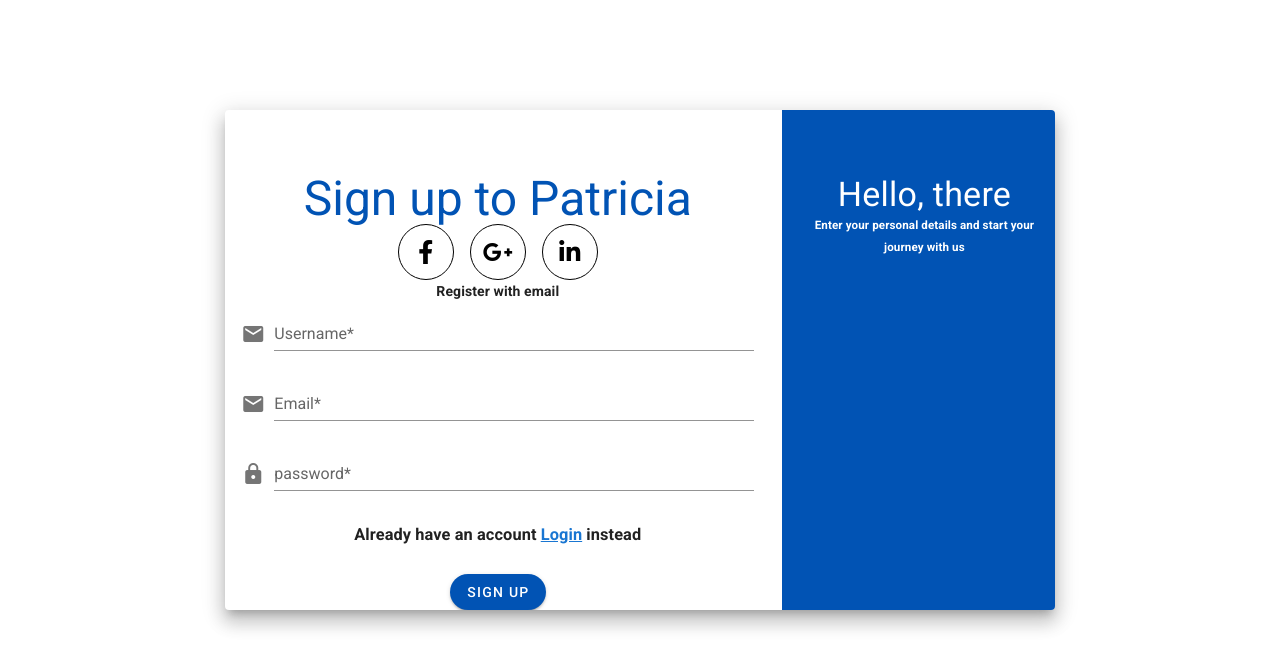
Repository: akinsikuoluwafemi/Pats_userAuth
Page: /signup
The author's editor kept a copy of each file at every save. The page is drawn from the files as they stood at one save, then again after a run of saves.
The browser window is 1280 px wide. The pictures show the whole page.
The project was rebuilt for these pictures with package versions that can differ from the ones it lists, and the page was loaded fresh each time. Also part of the build but not shown: vue.config.js, src/views/Login.vue, src/views/UserInfo.vue.

Above is the page before, as saved 2020-11-05 21:37:31.

### src/main.js
import Vue from 'vue'
import App from './App.vue'
import router from './router'
import vuetify from './plugins/vuetify';
import store from './store';

Vue.config.productionTip = false

new Vue({
  store,
  router,
  vuetify,
  render: h => h(App)
}).$mount('#app')

### src/App.vue
<template>
  <v-app>


    <v-main>
      <router-view></router-view>
    </v-main>
  </v-app>
</template>

<script>

export default {
  name: 'App',

  components: {

},

  data: () => ({
    //
  }),
};
</script>

### src/router/index.js
import Vue from 'vue'
import VueRouter from 'vue-router'
// import Home from '../views/Home.vue'
import Login from '../views/Login.vue'
import Signup from "../views/Signup.vue";
import UserInfo from "../views/UserInfo.vue";


Vue.use(VueRouter)

const routes = [
  {
    path: "/",
    name: "Userinfo",
    component: UserInfo,
    meta: {
      requiresAuth: true,
    },
  },
  {
    path: "/login",
    name: "Login",
    component: Login

  },

  {
    path: "/signup",
    name: "Signup",
    component: Signup,
  },

  {
    path: "/userinfo",
    // name: "Userinfo",
    // component: UserInfo,
  },
  {
    path: "/about",
    name: "About",
    // route level code-splitting
    // this generates a separate chunk (about.[hash].js) for this route
    // which is lazy-loaded when the route is visited.
    component: () =>
      import(/* webpackChunkName: "about" */ "../views/About.vue"),
  },
];

const router = new VueRouter({
  mode: 'history',
  base: process.env.BASE_URL,
  routes
})



export default router

### src/plugins/vuetify.js
import "@fortawesome/fontawesome-free/css/all.css"
import 'material-design-icons-iconfont/dist/material-design-icons.css'
import Vue from 'vue';
import Vuetify from 'vuetify/lib';

Vue.use(Vuetify);

export default new Vuetify({
    icons: {
        iconfont: 'md' || 'fa'
    }
});

### src/store/index.js
import Vuex from 'vuex';
import Vue from 'vue';
import auth from './modules/auth';


// Load Vuex
Vue.use(Vuex);


// create store
export default new Vuex.Store({
    modules: {
        auth
    }
});

### src/views/Signup.vue
<template>
  <v-app>
    <v-content>
      <v-container class="fill-height" fluid>
        <v-row align="center" justify="center">
          <v-col cols="12" sm="8" md="8">
            <v-card class="elevation-12">
              <v-window v-model="stop">
                <v-window-item :value="1">
                  <v-row>
                    <v-col cols="12" md="8">
                      <v-card-text class="mt-12">
                        <h1
                          class="text-center display-2"
                          v-bind:style="{ color: '#0153B4' }"
                        >
                          Sign up to Patricia
                        </h1>
                        <div class="text-center" mt-4>
                          <v-btn class="mx-2" fab color="black" outlined>
                            <v-icon>fab fa-facebook-f</v-icon>
                          </v-btn>
                          <v-btn class="mx-2" fab color="black" outlined>
                            <v-icon>fab fa-google-plus-g</v-icon>
                          </v-btn>
                          <v-btn class="mx-2" fab color="black" outlined>
                            <v-icon>fab fa-linkedin-in</v-icon>
                          </v-btn>
                        </div>
                        <h4 class="text-center mlt-4">Register with email</h4>
                        <v-form>
                          <v-text-field
                            v-model="username"
                            required

                            label="Username*"
                            name="username"
                            prepend-icon="email"
                            type="text"
                            v-bind:style="{ color: '#0153B4' }"
                          />

                          <v-text-field
                          v-model="email"
                            required

                            label="Email*"
                            name="Email"
                            prepend-icon="email"
                            type="text"
                            v-bind:style="{ color: '#0153B4' }"
                          />

                            <v-text-field
                            v-model="password"
                            required
                            id="password"
                            label="password*"
                            name="Password"
                            prepend-icon="lock"
                            type="password"
                            v-bind:style="{ color: '#0153B4' }"
                          />
                        <h3 class="text-center mt-3">
                          Already have an account
                          <router-link to="/login"> Login</router-link> instead
                        </h3>
                        </v-form>

                      </v-card-text>
                      <div class="text-center mt-3">
                        <v-btn
                          rounded
                          v-bind:style="{ background: '#0153B4' }"
                          dark
                        @submit.prevent="handleSignup"
                          >Sign Up</v-btn
                        >
                      </div>
                    </v-col>
                    <v-col
                      cols="12"
                      md="4"
                      class=""
                      v-bind:style="{ background: '#0153B4' }"
                    >
                      <v-card-text class="white--text mt-12">
                        <h1 class="text-center display-1">Hello, there</h1>
                        <h5 class="text-center">
                          Enter your personal details and start your journey
                          with us
                        </h5>
                      </v-card-text>
                      <div class="text-center">
                        <!-- <v-btn
                        rounded
                        dark
                        v-bind:style="{ background: '#fff', color: '#0153B4' }"


                        >
                          SIGN UP
                        </v-btn> -->
                      </div>
                    </v-col>
                  </v-row>
                </v-window-item>

              </v-window>
            </v-card>
          </v-col>
        </v-row>
      </v-container>
    </v-content>
  </v-app>
</template>
<script>
export default {
  data: () => ({
    email: '',
    password: '',
    username: '',
    authPassword: 'password',
    userArr: []
  }),
  props: {
    source: String
  },
  methods: {
       handleSignup: function() {
         let user = {
        email: this.email,
        password: this.password,
        username: this.username
      }

      localStorage.setItem('user', JSON.stringify(user))
      this.addUser(user)
      localStorage.setItem('allUsers', JSON.stringify(this.userArr))

      alert('you have successfully Signed in')
      this.$router.push('/')
      window.location.reload(true)

      this.email = "",
      this.password = "",
      this.username = ""
      alert(JSON.stringify(this.userArr))


    },
    addUser: function(entry){
      return this.userArr.push(entry)
    }
  }
}
</script>

### src/store/modules/auth.js
const state = {
    users: []
}

const getters = {
    allUsers: (state) => state.users
}

const actions = {}

const mutations = {}


export default {
  state,
  getters,
  actions,
  mutations,
};

Loaded but not shown: public/index.html (common file)

After the next 2 saves:
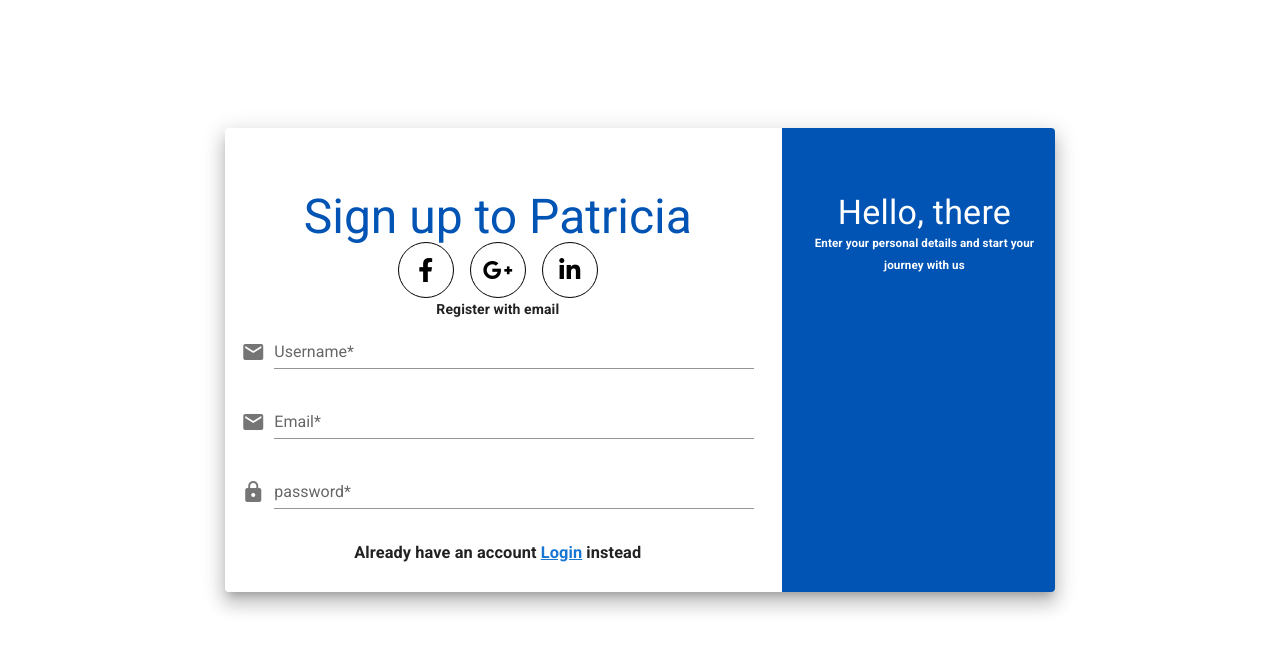
The 2 saves are shown as one change because they came seconds apart.
The last was saved 75 s later.
--- a/src/views/Signup.vue
+++ b/src/views/Signup.vue
@@ -65,17 +65,12 @@
                           Already have an account
                           <router-link to="/login"> Login</router-link> instead
                         </h3>
+
                         </v-form>
 
                       </v-card-text>
                       <div class="text-center mt-3">
-                        <v-btn
-                          rounded
-                          v-bind:style="{ background: '#0153B4' }"
-                          dark
-                        @submit.prevent="handleSignup"
-                          >Sign Up</v-btn
-                        >
+
                       </div>
                     </v-col>
                     <v-col
